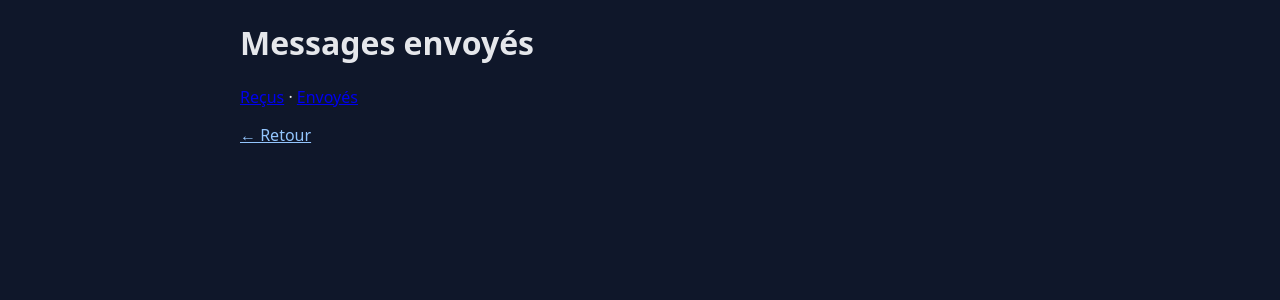
Repository: remi77130/loi-direct
Page: http://localhost/loi/messages_inbox.php?sent=1
An editor plug-in stored every save of this project. The page is shown before and after the next save, followed by the edit.
The browser window is 1280 px wide. The pictures show the whole page.
The page is run by PHP 8.4 with error messages shown; the project is at /var/www/html/. The session is filled in as if someone had signed in: {"user_id": 37, "pseudo": "Remi"}. Other server files are loaded and not shown. The database holds what the project's SQL file puts in it.

Above is the page before, as saved 2025-09-29 12:10:46.

### messages_inbox.php
<?php
/* messages_inbox.php — Messagerie avec réponse inline (texte + image)
 * Hypothèses:
 * - Table messages(sender_id, recipient_id, body, image_path, created_at, read_at)
 * - message_send.php gère CSRF + texte et/ou image (déjà en place chez toi)
 *Sécurité : require_login(), CSRF token, échappement HTML, pas de données sensibles dans le DOM.

UX : carte pliable, aperçu 2 lignes, réponse inline sans recharger,
support image + photo (accept="image/*" capture="environment").

Compat : pas de dépendances externes, pur PHP/MySQLi + JS natif.

Back-end : le recipient_id pour la réponse est calculé
selon la vue (reçus/envoyés) et injecté dans chaque formulaire.*/

declare(strict_types=1);
session_start();

require __DIR__.'/db.php';
require __DIR__.'/auth.php';
require __DIR__.'/config.php';
require_login();

/* CSRF pour les formulaires de réponse inline */
if (empty($_SESSION['csrf'])) {
  $_SESSION['csrf'] = bin2hex(random_bytes(16));
}
$csrf = $_SESSION['csrf'];

$uid  = (int)$_SESSION['user_id'];
$sent = isset($_GET['sent']); // ?sent=1 => boîte d’envoi, sinon reçus

/* Marquer les reçus comme lus à l’ouverture (optionnel) */
if (!$sent) {
  if ($upd = $mysqli->prepare('UPDATE messages SET read_at=NOW() WHERE recipient_id=? AND read_at IS NULL')) {
    $upd->bind_param('i', $uid);
    $upd->execute();
    $upd->close();
  }
}

/* Requête principale:
 * - En “reçus”, l’“autre” = sender (other_id = sender_id)
 * - En “envoyés”, l’“autre” = recipient (other_id = recipient_id)
 * On récupère aussi image_path pour afficher la vignette éventuelle
 */
$sql = $sent
  ? 'SELECT m.id,
            m.recipient_id   AS other_id,
            u.pseudo         AS other,
            m.body, m.image_path, m.created_at
       FROM messages m
       JOIN users u ON u.id=m.recipient_id
      WHERE m.sender_id=?
      ORDER BY m.created_at DESC
      LIMIT 100'
  : 'SELECT m.id,
            m.sender_id      AS other_id,
            u.pseudo         AS other,
            m.body, m.image_path, m.created_at
       FROM messages m
       JOIN users u ON u.id=m.sender_id
      WHERE m.recipient_id=?
      ORDER BY m.created_at DESC
      LIMIT 100';

$stmt = $mysqli->prepare($sql) ?: exit('Prepare failed: '.$mysqli->error);
$stmt->bind_param('i', $uid);
$stmt->execute();
$rows = $stmt->get_result()->fetch_all(MYSQLI_ASSOC);
$stmt->close();

?>
<!doctype html>
<meta charset="utf-8">
<title>Mes messages</title>

<style>
  body{background:#0f172a;color:#e5e7eb;font-family:system-ui}
  .wrap{max-width:800px;margin:20px auto}
  .msg-card{border:1px solid #334155;border-radius:10px;padding:12px;margin:10px 0;background:#111827;cursor:pointer}
  .msg-head{font-size:12px;color:#94a3b8;display:flex;gap:6px;align-items:center}
  .msg-preview{color:#e5e7eb;margin-top:6px;display:-webkit-box;-webkit-line-clamp:2;-webkit-box-orient:vertical;overflow:hidden}
  .msg-body{overflow:hidden;max-height:0;transition:max-height .2s ease}
  .msg-card[data-open="1"] .msg-body{max-height:5000px} /* assez grand pour tout contenu */
  .msg-img img{max-width:220px;max-height:220px;border-radius:8px;display:block}
  .chev{margin-left:auto;opacity:.7;transition:transform .15s}
  .msg-card[data-open="1"] .chev{transform:rotate(90deg)}
  /* Formulaire de réponse inline */
  .reply{margin-top:12px;border-top:1px dashed #334155;padding-top:10px}
  .reply textarea{width:100%;padding:10px;border:1px solid #334155;border-radius:10px;background:#0b1220;color:#e5e7eb;resize:vertical}
  .reply .row{display:flex;gap:8px;align-items:center;margin-top:8px}
  .reply input[type="file"]{color:#94a3b8}
  .btn{background:#2563eb;color:#fff;border:none;border-radius:10px;padding:8px 12px;cursor:pointer}
  .muted{font-size:12px;color:#94a3b8;margin-top:6px}

  /* …tes styles existants… */

  /* Bulle du message envoyé localement */
  .msg-out{margin-top:10px;border:1px solid #1f3a8a;background:#0b1220;border-radius:12px;padding:10px}
  .msg-out-head{font-size:12px;color:#93c5fd;margin-bottom:6px}
  .msg-out-text{white-space:pre-wrap}
  .msg-out img{max-width:220px;max-height:220px;border-radius:8px;display:block;margin-top:8px}
</style>



</style>

<body>
  <div class="wrap">
    <h1><?= $sent ? 'Messages envoyés' : 'Messages reçus' ?></h1>
    <p><a href="?">Reçus</a> · <a href="?sent=1">Envoyés</a></p>

    <?php foreach ($rows as $m): ?>
      <?php
        /* Préparation des champs affichés (toujours échapper) */
        $who   = $sent ? 'À' : 'De';
        $date  = htmlspecialchars(date('d/m/Y H:i', strtotime($m['created_at'])),ENT_QUOTES);
        $other = htmlspecialchars($m['other'],ENT_QUOTES);
        $bodyFull = trim((string)$m['body']);
        $preview  = $bodyFull !== '' ? htmlspecialchars(mb_strimwidth($bodyFull, 0, 120, '…', 'UTF-8'),ENT_QUOTES) : '';
        $img = !empty($m['image_path']) ? (APP_BASE . '/' . $m['image_path']) : null;
        $other_id = (int)$m['other_id']; // Destinataire pour la réponse inline
      ?>
      <div class="msg-card" data-open="0">
        <!-- En-tête cliquable pour plier/déplier -->
        <div class="msg-head">
          <?= $who ?> <strong><?= $other ?></strong> — <?= $date ?>
          <span class="chev">▶</span>
        </div>

        <!-- Aperçu (2 lignes) quand la carte est fermée -->
        <?php if ($preview !== ''): ?>
          <div class="msg-preview"><?= $preview ?></div>
        <?php endif; ?>

        <!-- Corps complet: texte + image + formulaire de réponse -->
        <div class="msg-body">
          <?php if ($bodyFull !== ''): ?>
            <div style="white-space:pre-wrap;margin-top:6px">
              <?= htmlspecialchars($bodyFull,ENT_QUOTES) ?>
            </div>
          <?php endif; ?>

          <?php if ($img): ?>
            <div class="msg-img" style="margin-top:8px">
              <a href="<?= htmlspecialchars($img,ENT_QUOTES) ?>" target="_blank" rel="noopener">
                <img src="<?= htmlspecialchars($img,ENT_QUOTES) ?>" alt="Image envoyée">
              </a>
            </div>
          <?php endif; ?>

          <!-- Formulaire de réponse inline (texte et/ou image) -->
          <form class="reply" method="post" enctype="multipart/form-data" data-recipient="<?= $other_id ?>">
            <label class="muted">Répondre à <strong><?= $other ?></strong></label>
            <textarea name="body" rows="3" maxlength="2000" placeholder="Écris ta réponse…"></textarea>
            <div class="row">
              <!-- accept + capture => autorise prise de photo sur mobile -->
              <input type="file" name="image" accept="image/*" capture="environment">
              <button class="btn" type="submit">Envoyer</button>
              <span class="muted reply-status"></span>
            </div>
            <!-- Champs requis par message_send.php -->
            <input type="hidden" name="recipient_id" value="<?= $other_id ?>">
            <input type="hidden" name="csrf" value="<?= htmlspecialchars($csrf,ENT_QUOTES) ?>">
          </form>
        </div>
      </div>
    <?php endforeach; ?>

    <p><a href="<?= APP_BASE ?>/index.php" style="color:#93c5fd">← Retour</a></p>
  </div>

<script>
/* BASE = préfixe des URLs (ex: /loi) */
const BASE = '<?= APP_BASE ?>';

/* Ouvrir/fermer une carte en cliquant dans la zone “non interactive”.
 * On ignore les clics sur liens, boutons, inputs, etc. pour éviter les conflits.
 */
document.addEventListener('submit', async (e)=>{
  const form = e.target.closest('form.reply');
  if(!form) return;
  e.preventDefault();

  const status = form.querySelector('.reply-status');
  status.textContent = '';
  const btn = form.querySelector('button[type="submit"]');
  btn.disabled = true;

  try{
    const fd = new FormData(form);

    // exiger texte OU image côté client
    const hasText = (fd.get('body')||'').toString().trim().length>0;
    const hasImg  = form.querySelector('input[type="file"]').files.length>0;
    if(!hasText && !hasImg){
      status.style.color = '#f87171';
      status.textContent = 'Écris un message ou choisis une image.';
      btn.disabled = false;
      return;
    }

    const r = await fetch(`${BASE}/message_send.php`, { method:'POST', body:fd });
    const j = await r.json().catch(()=>({ok:false,error:'bad_json'}));

    if (j.ok){
      // append immédiat
      const bodyText = (fd.get('body')||'').toString().trim();
      const fileInput = form.querySelector('input[type="file"]');
      const file = fileInput.files[0] || null;

      const out = document.createElement('div');
      out.className = 'msg-out';
      out.innerHTML =
        `<div class="msg-out-head">Moi — à l’instant</div>` +
        (bodyText ? `<div class="msg-out-text">${bodyText.replace(/[&<>"']/g, s => (
          {'&':'&amp;','<':'&lt;','>':'&gt;','"':'&quot;',"'":'&#39;'}[s]))}</div>` : '');

      if (file){
        const url = URL.createObjectURL(file);
        const img = new Image();
        img.src = url;
        img.onload = () => URL.revokeObjectURL(url);
        out.appendChild(img);
      }

      form.before(out);
      status.style.color = '#34d399';
      status.textContent = 'Envoyé ✅';
      form.reset();
      if (typeof refreshBadge === 'function') refreshBadge();
    } else {
      status.style.color = '#f87171';
      status.textContent = 'Échec ('+(j.error||'erreur')+')';
    }

  }catch(err){
    status.style.color = '#f87171';
    status.textContent = 'Erreur réseau.';
  }finally{
    btn.disabled = false;
  }
});

</script>
</body>

### db.php
<?php
// db.php Ignore db.php (dans .gitignore) s’il contient identifiants.
declare(strict_types=1);

const DB_HOST = '127.0.0.1';
const DB_NAME = 'loi_direct';
const DB_USER = 'root';
const DB_PASS = ''; // XAMPP par défaut

$mysqli = new mysqli(DB_HOST, DB_USER, DB_PASS, DB_NAME);
if ($mysqli->connect_errno) {
    http_response_code(500);
    exit('Erreur BDD: '.$mysqli->connect_error);
}
$mysqli->set_charset('utf8mb4');

### auth.php
<?php
// auth.php
declare(strict_types=1);

function is_logged_in(): bool {
    return isset($_SESSION['user_id'], $_SESSION['pseudo']);
}

function require_login(): void {
    if (!is_logged_in()) {
        header('Location: login.php?next=' . urlencode($_SERVER['REQUEST_URI'] ?? '/'));
        exit;
    }
}

### config.php
<?php
declare(strict_types=1);
define('APP_BASE', rtrim(dirname($_SERVER['PHP_SELF']), '/\\')); // ex: /loi
define('PROJECT_PAGE', 'project.php'); // unique



function random_punchline(string $pseudo): string { // Phrase dacceuil
  $lines = [
    "Bienvenue {pseudo} ! Ton compte est chaud bouillant 🔥",
    "C’est signé {pseudo}. On est bien 👌",
    "{pseudo}, t’es dans la place. Let’s go 🚀",
    "Bienvenue {pseudo} ! À toi de jouer ⚖️",
    "Inscription validée, — ma p’tite gueule ! 😎",
    "On t’attendait {pseudo} ! Fais-nous rêver ✍️",
    "{pseudo}, le peuple compte sur toi 💪",
    "Own the feed, {pseudo} ! 🏛️",
  ];
  $i = random_int(0, count($lines)-1);
  return strtr($lines[$i], ['{pseudo}' => $pseudo]);
}



/** Slugify : "Éxemple de Titre !" -> "exemple-de-titre" */
function slugify(string $text): string {
    $text = trim($text);

    if (function_exists('transliterator_transliterate')) {
        $text = transliterator_transliterate('Any-Latin; Latin-ASCII', $text);
    } else {
        $tmp = @iconv('UTF-8', 'ASCII//TRANSLIT//IGNORE', $text);
        if ($tmp !== false) $text = $tmp;
    }

    $text = preg_replace('~[^\pL\d]+~u', '-', $text);
    $text = trim($text, '-');
    $text = preg_replace('~[^-\w]+~', '', $text);
    $text = preg_replace('~-+~', '-', $text);
    return strtolower($text ?: 'projet');
}

function tag_slug(string $name): string { return slugify($name); }
function tag_url(string $slug): string { return APP_BASE . '/tag/' . rawurlencode($slug); }
function project_url(int $id, string $title): string {
    return APP_BASE . '/p/' . $id . '-' . rawurlencode(slugify($title));
}


// images
define('UPLOAD_DIR', __DIR__ . '/uploads');
define('UPLOAD_URL', APP_BASE . '/uploads');
define('UPLOAD_MAX_MB', 5);                        // 5 Mo par image
define('UPLOAD_MAX_FILES', 5);                     // max 5 images
define('UPLOAD_ALLOWED', ['image/jpeg','image/png','image/webp']);

    // Thumbnails
    define('THUMB_MAX_W', 480);
    define('THUMB_MAX_H', 480);

### bdd/loi_direct.sql (the tables this page reads)
CREATE TABLE `messages` (
  `id` bigint(20) NOT NULL,
  `sender_id` int(11) NOT NULL,
  `recipient_id` int(11) NOT NULL,
  `body` text NOT NULL,
  `image_path` varchar(255) DEFAULT NULL,
  `file_mime` varchar(60) DEFAULT NULL,
  `created_at` datetime NOT NULL DEFAULT current_timestamp(),
  `read_at` datetime DEFAULT NULL,
  `deleted_by_sender` tinyint(1) NOT NULL DEFAULT 0,
  `deleted_by_recipient` tinyint(1) NOT NULL DEFAULT 0,
  `color` char(7) DEFAULT NULL CHECK (`color` is null or `color` regexp '^#[0-9A-Fa-f]{6}$')
) ENGINE=InnoDB DEFAULT CHARSET=utf8mb4 COLLATE=utf8mb4_general_ci;

INSERT INTO `messages` (`id`, `sender_id`, `recipient_id`, `body`, `image_path`, `file_mime`, `created_at`, `read_at`, `deleted_by_sender`, `deleted_by_recipient`, `color`) VALUES
(56, 34, 33, 'dssssssssss', NULL, NULL, '2025-11-10 11:28:14', NULL, 0, 0, NULL),
(57, 35, 34, 'ssssssss', NULL, NULL, '2025-11-10 13:40:56', NULL, 0, 0, NULL),
(58, 35, 33, 'ssssss', NULL, NULL, '2025-11-10 13:54:55', NULL, 0, 0, NULL),
(59, 35, 34, 'sssssssssssssssssssss', NULL, NULL, '2025-11-10 14:16:26', NULL, 0, 0, NULL),
(60, 24, 35, 'sssssssss', NULL, NULL, '2025-11-11 16:48:14', '2026-01-02 12:16:24', 0, 0, NULL),
(61, 24, 35, 'sssssssss', NULL, NULL, '2025-11-11 16:48:17', '2026-01-02 12:16:24', 0, 0, NULL),
(62, 24, 35, 'ssssssssssssssssss', NULL, NULL, '2025-11-11 16:56:31', '2026-01-02 12:16:24', 0, 0, NULL),
(63, 25, 35, 'ssssssssssssssss', NULL, NULL, '2025-11-16 10:01:59', '2026-01-02 12:16:24', 1, 0, NULL),
(64, 42, 25, 'sssssssssssssss', NULL, NULL, '2025-11-19 09:12:58', '2025-11-20 12:29:02', 0, 1, NULL),
(65, 25, 42, 'ssssss', NULL, NULL, '2026-01-04 17:57:41', NULL, 1, 0, NULL),
(66, 25, 35, 'ouiuçi', NULL, NULL, '2026-01-04 20:02:59', NULL, 1, 0, NULL),
(67, 25, 35, 'ssssssssssss', NULL, NULL, '2026-01-05 14:17:15', NULL, 1, 0, NULL),
(68, 25, 35, 'zsdczeczefz', 'uploads/msg/46a94459e39c76396d3bdabc09b4c8fe.png', NULL, '2026-01-05 14:17:24', NULL, 1, 0, NULL),
(69, 25, 24, 'xxxxxxxxxxxxxxxxxx', NULL, NULL, '2026-01-05 14:29:16', '2026-01-26 16:20:05', 0, 0, NULL),
(70, 25, 24, 'sssssssssssss', 'uploads/msg/239d1cdaa1fdf9c728f7e91206116fdf.png', NULL, '2026-01-05 14:29:46', '2026-01-26 16:20:05', 0, 0, NULL),
(71, 25, 24, 'ssssssssssss', NULL, NULL, '2026-01-05 14:29:50', '2026-01-26 16:20:05', 0, 0, NULL),
(72, 25, 24, '02', NULL, NULL, '2026-01-05 14:29:56', '2026-01-26 16:20:05', 0, 0, NULL),
(73, 25, 24, 'ssssssssssss', NULL, NULL, '2026-01-05 14:30:27', '2026-01-26 16:20:05', 0, 0, NULL),
(74, 25, 24, 'sssssssssssssssssssssssssssssaaaaasssssssssssssssssssssssssssssaaaaasssssssssssssssssssssssssssssaaaaasssssssssssssssssssssssssssssaaaaasssssssssssssssssssssssssssssaaaaasssssssssssssssssssssssssssssaaaaasssssssssssssssssssssssssssssaaaaasssssssssssssssssssssssssssssaaaaasssssssssssssssssssssssssssssaaaaasssssssssssssssssssssssssssssaaaaasssssssssssssssssssssssssssssaaaaasssssssssssssssssssssssssssssaaaaasssssssssssssssssssssssssssssaaaaasssssssssssssssssssssssssssssaaaaasssssssssssssssssssssssssssssaaaaa', 'uploads/msg/34c60d690001e0a5ef1215da1ced91f9.jpg', NULL, '2026-01-05 14:30:37', '2026-01-26 16:20:05', 0, 0, NULL),
(75, 25, 24, 'sssssss', NULL, NULL, '2026-01-05 14:49:59', '2026-01-26 16:20:05', 0, 0, NULL),
(76, 24, 25, 'dcccccccc', NULL, NULL, '2026-01-26 16:19:41', '2026-01-27 11:55:10', 0, 0, NULL),
(77, 25, 54, 'salut', NULL, NULL, '2026-01-27 11:56:02', '2026-01-27 11:56:31', 0, 0, NULL),
(78, 54, 48, 'salut', NULL, NULL, '2026-01-27 11:59:01', '2026-01-27 11:59:29', 0, 0, NULL),
(79, 48, 24, 'salut', NULL, NULL, '2026-01-27 12:02:08', '2026-01-27 12:02:42', 0, 0, NULL),
(80, 24, 48, 'salut', NULL, NULL, '2026-01-27 12:02:52', '2026-01-29 15:22:23', 0, 0, NULL),
(81, 48, 25, 'ssssssssssss', NULL, NULL, '2026-01-29 14:07:43', '2026-01-29 14:08:21', 0, 0, NULL),
(82, 48, 25, 'ssssssssss', 'uploads/msg/c8cc7819cd1b5d1156a83b81c853d7d0.mp4', 'video/mp4', '2026-01-29 14:07:55', '2026-01-29 14:08:21', 0, 0, NULL),
(83, 25, 48, 'dddddd', NULL, NULL, '2026-01-29 14:48:30', '2026-01-29 15:22:23', 0, 0, NULL),
(84, 25, 48, '', 'uploads/msg/7adb6e161d564fc796551c53d0648be9.mp4', NULL, '2026-01-29 14:48:38', '2026-01-29 15:22:23', 0, 0, NULL),
(85, 25, 48, '', 'uploads/msg/32ce91def2b3226847a9e3a61113a29a.jpg', NULL, '2026-01-29 14:48:46', '2026-01-29 15:22:23', 0, 0, NULL),
(86, 25, 48, 'qqqqqq', NULL, NULL, '2026-01-29 14:54:01', '2026-01-29 15:22:23', 0, 0, NULL),
(87, 25, 48, '', 'uploads/msg/1030613b7cdf5f9c81e0ff6f49bcaf52.jpg', 'image/jpeg', '2026-01-29 14:54:07', '2026-01-29 15:22:23', 0, 0, NULL),
(88, 25, 48, 'qqqqqqqqqqqqqqqqqq', 'uploads/msg/05809512acd1d9fa92574dec621cd456.mp4', 'video/mp4', '2026-01-29 14:54:16', '2026-01-29 15:22:23', 0, 0, NULL),
(89, 25, 48, '', 'uploads/msg/439a340dc62b56dccf0bc40637b3ae84.mp4', 'video/mp4', '2026-01-29 15:04:08', '2026-01-29 15:22:23', 0, 0, NULL),
(90, 25, 48, 'sssssss', NULL, NULL, '2026-01-29 15:16:38', '2026-01-29 15:22:23', 0, 0, NULL),
(91, 25, 48, '', 'uploads/msg/ef335c9aacca3874e9a9042ac4b4a23a.jpg', 'image/jpeg', '2026-01-29 15:16:46', '2026-01-29 15:22:23', 0, 0, NULL),
(92, 25, 48, 'ssssssssss', 'uploads/msg/36a17c6d92780e9bf4bd67b9a436f8ff.mp4', 'video/mp4', '2026-01-29 15:16:59', '2026-01-29 15:22:23', 0, 0, NULL),
(93, 25, 48, '', 'uploads/msg/315ac20007e23f4f202ebbde672ccf19.mp4', 'video/mp4', '2026-01-29 15:17:27', '2026-01-29 15:22:23', 0, 0, NULL),
(94, 25, 48, 'sssssssssssss', 'uploads/msg/34aa8e59d1727a6a3e43c3e4cb359296.mp4', 'video/mp4', '2026-01-29 15:22:03', '2026-01-29 15:22:23', 0, 0, NULL),
(95, 48, 25, 'video ok', 'uploads/msg/b7dde1e15348299de260868555ad6fcf.mp4', 'video/mp4', '2026-01-29 15:23:44', '2026-01-29 15:25:30', 0, 0, NULL),
(96, 48, 25, '', 'uploads/msg/20543230dbd2484da41f88e08394a0d5.mp4', 'video/mp4', '2026-01-29 15:23:47', '2026-01-29 15:25:30', 0, 0, NULL),
(97, 25, 64, 'sqsqsqsqsqsqsqsqsqsqsqsqsq', NULL, NULL, '2026-03-11 12:06:35', '2026-03-11 12:06:58', 0, 0, NULL),
(98, 25, 64, 'test', NULL, NULL, '2026-03-11 12:08:17', NULL, 0, 0, NULL),
(99, 64, 54, 'sssssss', NULL, NULL, '2026-03-11 12:30:24', '2026-03-11 12:30:50', 0, 0, NULL),
(100, 49, 65, 'SSSSSSSSSSSSSSSS', NULL, NULL, '2026-03-11 14:29:53', NULL, 0, 0, NULL);

ALTER TABLE `messages`
  ADD PRIMARY KEY (`id`),
  ADD KEY `recipient_id` (`recipient_id`,`read_at`),
  ADD KEY `sender_id` (`sender_id`,`created_at`),
  ADD KEY `msg_vis_idx` (`sender_id`,`recipient_id`,`deleted_by_sender`,`deleted_by_recipient`,`created_at`);

ALTER TABLE `messages`
  MODIFY `id` bigint(20) NOT NULL AUTO_INCREMENT, AUTO_INCREMENT=101;

CREATE TABLE `users` (
  `id` int(10) UNSIGNED NOT NULL,
  `pseudo` varchar(30) NOT NULL,
  `avatar_url` varchar(255) DEFAULT NULL,
  `birthdate` date DEFAULT NULL,
  `bio` text DEFAULT NULL,
  `sex` enum('homme','femme') DEFAULT NULL,
  `height_cm` smallint(5) UNSIGNED DEFAULT NULL,
  `created_at` datetime NOT NULL DEFAULT current_timestamp(),
  `password_hash` varchar(255) DEFAULT NULL,
  `postal_code` varchar(10) DEFAULT NULL,
  `city` varchar(255) DEFAULT NULL,
  `relationship_status` varchar(12) DEFAULT NULL
) ENGINE=InnoDB DEFAULT CHARSET=utf8mb4 COLLATE=utf8mb4_unicode_ci;

INSERT INTO `users` (`id`, `pseudo`, `avatar_url`, `birthdate`, `bio`, `sex`, `height_cm`, `created_at`, `password_hash`, `postal_code`, `city`, `relationship_status`) VALUES
(66, 'Rémi85', NULL, NULL, NULL, NULL, NULL, '2026-03-13 12:27:21', '$2y$10$L7oKBdictU9EEsjP2YEUEugWMsSTwkYluOTltNfMn.DsUwqhY/QOO', NULL, NULL, NULL),
(67, 'tonton', NULL, NULL, NULL, NULL, NULL, '2026-03-13 14:58:56', '$2y$10$OHO8MCqaeWaOq0A7dfhl0OsFPyz.nzDTa/cseuTya/WwTWOEp1j26', NULL, NULL, NULL);

ALTER TABLE `users`
  ADD PRIMARY KEY (`id`),
  ADD UNIQUE KEY `uniq_pseudo` (`pseudo`),
  ADD KEY `idx_users_sex` (`sex`),
  ADD KEY `idx_users_height` (`height_cm`),
  ADD KEY `idx_user_postal` (`postal_code`),
  ADD KEY `idx_user_city` (`city`);

ALTER TABLE `users`
  MODIFY `id` int(10) UNSIGNED NOT NULL AUTO_INCREMENT, AUTO_INCREMENT=68;

After the next save:
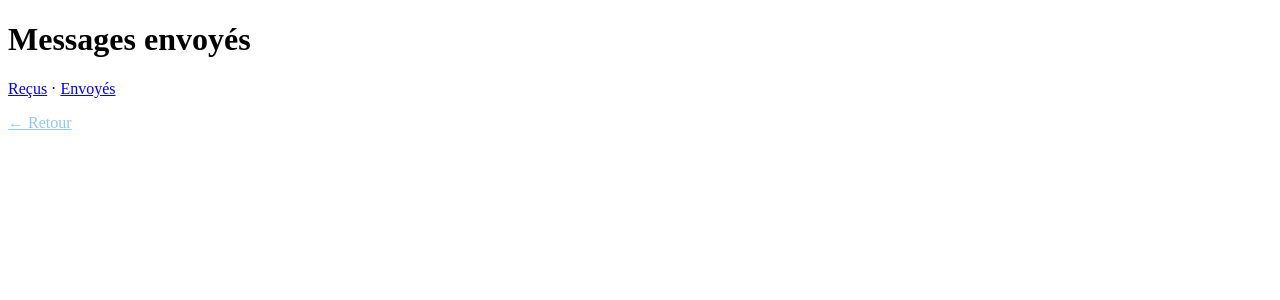
Saved 65 s later.
--- a/messages_inbox.php
+++ b/messages_inbox.php
@@ -76,23 +76,6 @@
 <title>Mes messages</title>
 
 <style>
-  body{background:#0f172a;color:#e5e7eb;font-family:system-ui}
-  .wrap{max-width:800px;margin:20px auto}
-  .msg-card{border:1px solid #334155;border-radius:10px;padding:12px;margin:10px 0;background:#111827;cursor:pointer}
-  .msg-head{font-size:12px;color:#94a3b8;display:flex;gap:6px;align-items:center}
-  .msg-preview{color:#e5e7eb;margin-top:6px;display:-webkit-box;-webkit-line-clamp:2;-webkit-box-orient:vertical;overflow:hidden}
-  .msg-body{overflow:hidden;max-height:0;transition:max-height .2s ease}
-  .msg-card[data-open="1"] .msg-body{max-height:5000px} /* assez grand pour tout contenu */
-  .msg-img img{max-width:220px;max-height:220px;border-radius:8px;display:block}
-  .chev{margin-left:auto;opacity:.7;transition:transform .15s}
-  .msg-card[data-open="1"] .chev{transform:rotate(90deg)}
-  /* Formulaire de réponse inline */
-  .reply{margin-top:12px;border-top:1px dashed #334155;padding-top:10px}
-  .reply textarea{width:100%;padding:10px;border:1px solid #334155;border-radius:10px;background:#0b1220;color:#e5e7eb;resize:vertical}
-  .reply .row{display:flex;gap:8px;align-items:center;margin-top:8px}
-  .reply input[type="file"]{color:#94a3b8}
-  .btn{background:#2563eb;color:#fff;border:none;border-radius:10px;padding:8px 12px;cursor:pointer}
-  .muted{font-size:12px;color:#94a3b8;margin-top:6px}
 
   /* …tes styles existants… */
 

After the save that followed:
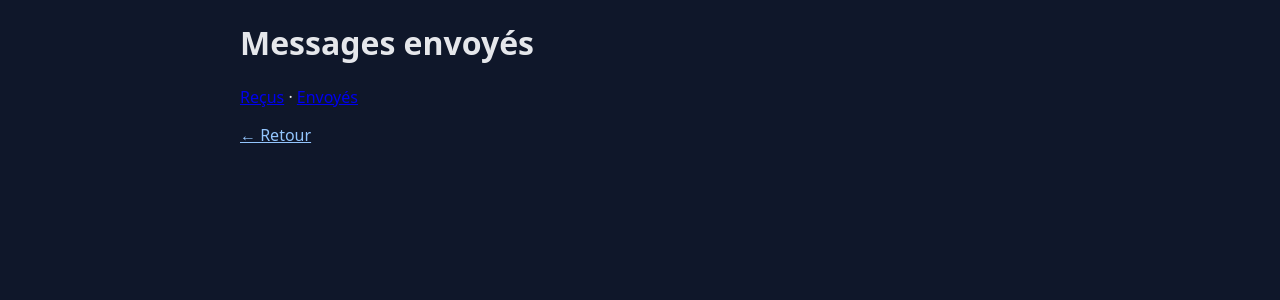
Saved 13 s later.
--- a/messages_inbox.php
+++ b/messages_inbox.php
@@ -76,6 +76,23 @@
 <title>Mes messages</title>
 
 <style>
+  body{background:#0f172a;color:#e5e7eb;font-family:system-ui}
+  .wrap{max-width:800px;margin:20px auto}
+  .msg-card{border:1px solid #334155;border-radius:10px;padding:12px;margin:10px 0;background:#111827;cursor:pointer}
+  .msg-head{font-size:12px;color:#94a3b8;display:flex;gap:6px;align-items:center}
+  .msg-preview{color:#e5e7eb;margin-top:6px;display:-webkit-box;-webkit-line-clamp:2;-webkit-box-orient:vertical;overflow:hidden}
+  .msg-body{overflow:hidden;max-height:0;transition:max-height .2s ease}
+  .msg-card[data-open="1"] .msg-body{max-height:5000px} /* assez grand pour tout contenu */
+  .msg-img img{max-width:220px;max-height:220px;border-radius:8px;display:block}
+  .chev{margin-left:auto;opacity:.7;transition:transform .15s}
+  .msg-card[data-open="1"] .chev{transform:rotate(90deg)}
+  /* Formulaire de réponse inline */
+  .reply{margin-top:12px;border-top:1px dashed #334155;padding-top:10px}
+  .reply textarea{width:100%;padding:10px;border:1px solid #334155;border-radius:10px;background:#0b1220;color:#e5e7eb;resize:vertical}
+  .reply .row{display:flex;gap:8px;align-items:center;margin-top:8px}
+  .reply input[type="file"]{color:#94a3b8}
+  .btn{background:#2563eb;color:#fff;border:none;border-radius:10px;padding:8px 12px;cursor:pointer}
+  .muted{font-size:12px;color:#94a3b8;margin-top:6px}
 
   /* …tes styles existants… */
 
